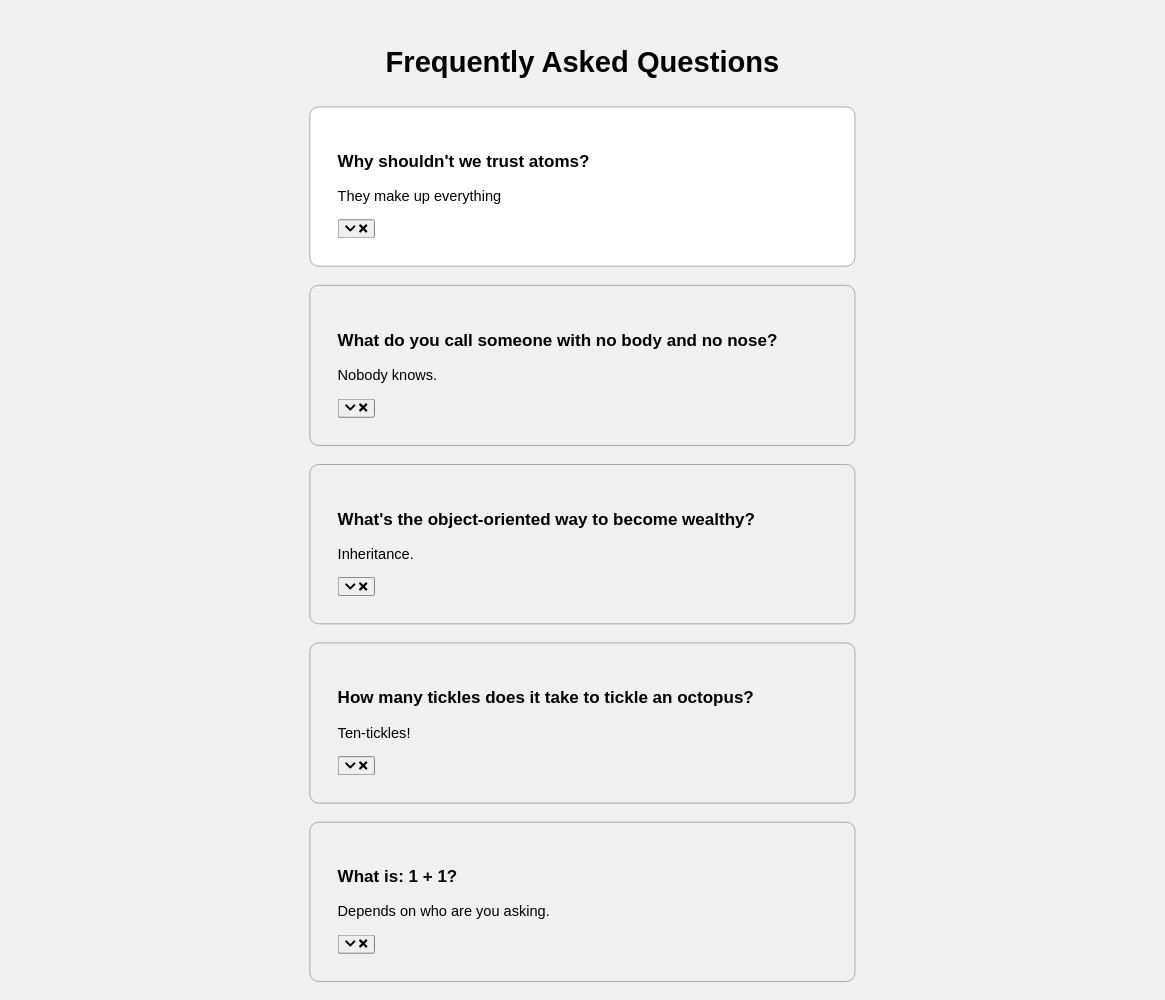
Repository: Williamlmachado/F.A.Q
Page: index.html
An editor plug-in stored every save of this project. The page is shown before and after the next save, followed by the edit.
The browser window is 1280 px wide. The pictures show the whole page, at 91% of full size.
Some web fonts or font styles are not loaded; a fallback is used. Some web libraries are served in a nearby version.

Above is the page before, as saved 2021-08-23 09:10:14.

### index.html
<!DOCTYPE html>
<html lang="en">
  <head>
    <meta charset="UTF-8" />
    <meta name="viewport" content="width=device-width, initial-scale=1.0" />
    <link rel="stylesheet" href="https://cdnjs.cloudflare.com/ajax/libs/font-awesome/5.14.0/css/all.min.css" integrity="sha512-1PKOgIY59xJ8Co8+NE6FZ+LOAZKjy+KY8iq0G4B3CyeY6wYHN3yt9PW0XpSriVlkMXe40PTKnXrLnZ9+fkDaog==" crossorigin="anonymous" />
    <link rel="stylesheet" href="style.css" />
    <title>FAQ</title>
  </head>
  <body>
    <h1>Frequently Asked Questions</h1>
    <div class="faq-container">
      <div class="faq active">
        <h3 class="faq-title">
          Why shouldn't we trust atoms?
        </h3>

        <p class="faq-text">
          They make up everything
        </p>

        <button class="faq-toggle">
          <i class="fas fa-chevron-down"></i>
          <i class="fas fa-times"></i>
        </button>
      </div>

      <div class="faq">
        <h3 class="faq-title">
          What do you call someone with no body and no nose?
        </h3>
        <p class="faq-text">
          Nobody knows.
        </p>
        <button class="faq-toggle">
          <i class="fas fa-chevron-down"></i>
          <i class="fas fa-times"></i>
        </button>
      </div>

      <div class="faq">
        <h3 class="faq-title">
          What's the object-oriented way to become wealthy?
        </h3>
        <p class="faq-text">
          Inheritance.
        </p>
        <button class="faq-toggle">
          <i class="fas fa-chevron-down"></i>
          <i class="fas fa-times"></i>
        </button>
      </div>

      <div class="faq">
        <h3 class="faq-title">
          How many tickles does it take to tickle an octopus?
        </h3>
        <p class="faq-text">
          Ten-tickles!
        </p>
        <button class="faq-toggle">
          <i class="fas fa-chevron-down"></i>
          <i class="fas fa-times"></i>
        </button>
      </div>

      <div class="faq">
        <h3 class="faq-title">
          What is: 1 + 1?
        </h3>
        <p class="faq-text">
          Depends on who are you asking.
        </p>
        <button class="faq-toggle">
          <i class="fas fa-chevron-down"></i>
          <i class="fas fa-times"></i>
        </button>
      </div>
    </div>
    <script src="script.js"></script>
  </body>
</html>

### style.css
@import url('https://fonts.googleapis.com/css?family=Muli&display=swap');

* {
  box-sizing: border-box;
}

body {
  font-family: 'Muli', sans-serif;
  background-color: #f0f0f0;
}

h1 {
  margin: 50px 0 30px;
  text-align: center;
}

.faq-container {
  max-width: 600px;
  margin: 0 auto;
}
.faq{
    background-color: transparent;
    border: 1px solid #9fa4a8;
    border-radius: 10px;
    margin: 20px 0;
    padding: 30px;
    position: relative;
    overflow: hidden;
    transition: 0.3s ease;
}
.faq.active{
    background-color: #fff;

}

Loaded but not shown: script.js (no copy from this time; the picture is the same without it)

After the next save:
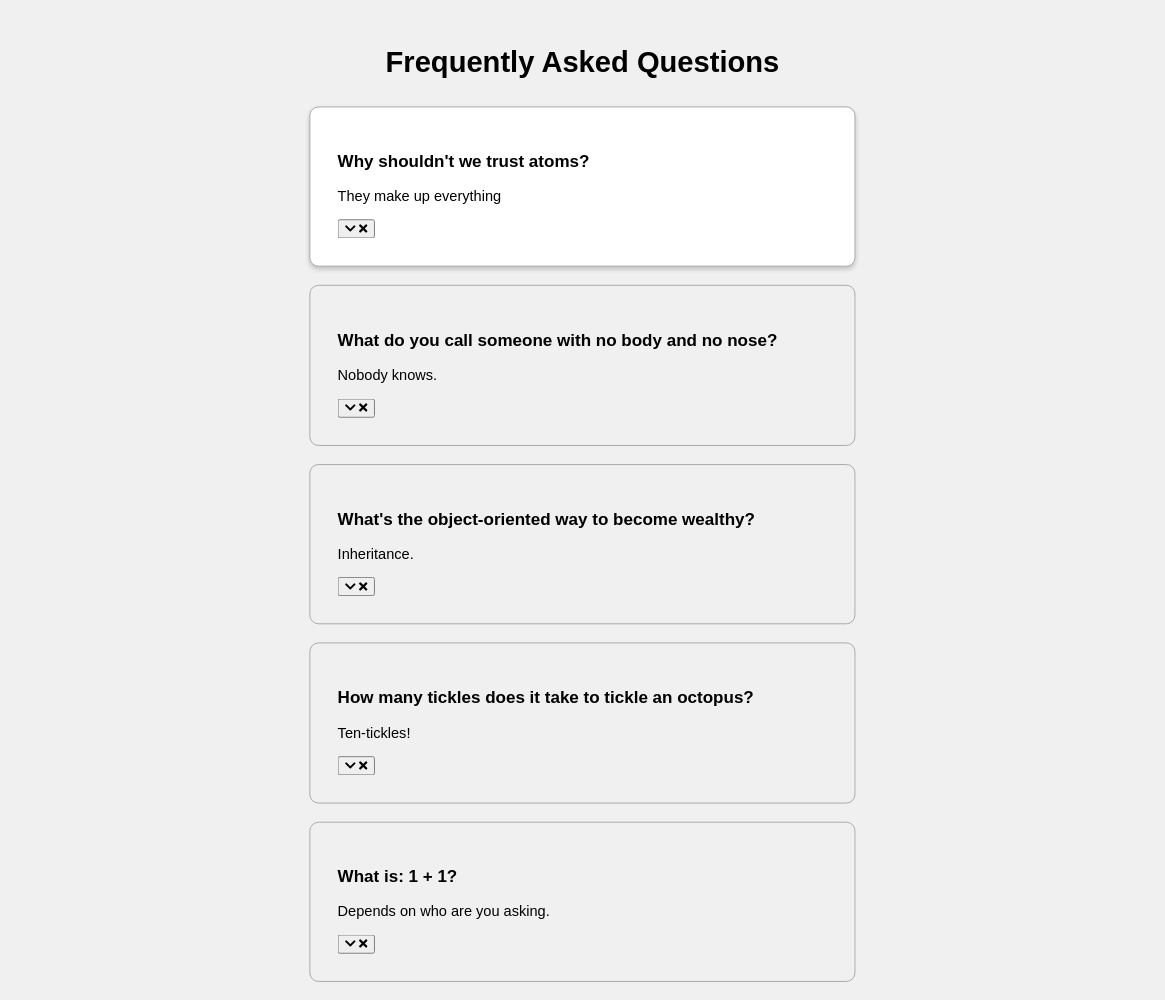
Saved 84 s later.
--- a/style.css
+++ b/style.css
@@ -30,5 +30,5 @@ h1 {
 }
 .faq.active{
     background-color: #fff;
-
+    box-shadow: 0 3px 6px rgba(0, 0, 0, 0.1), 0 3px 6px rgba(0, 0, 0, 0.1);
 }
